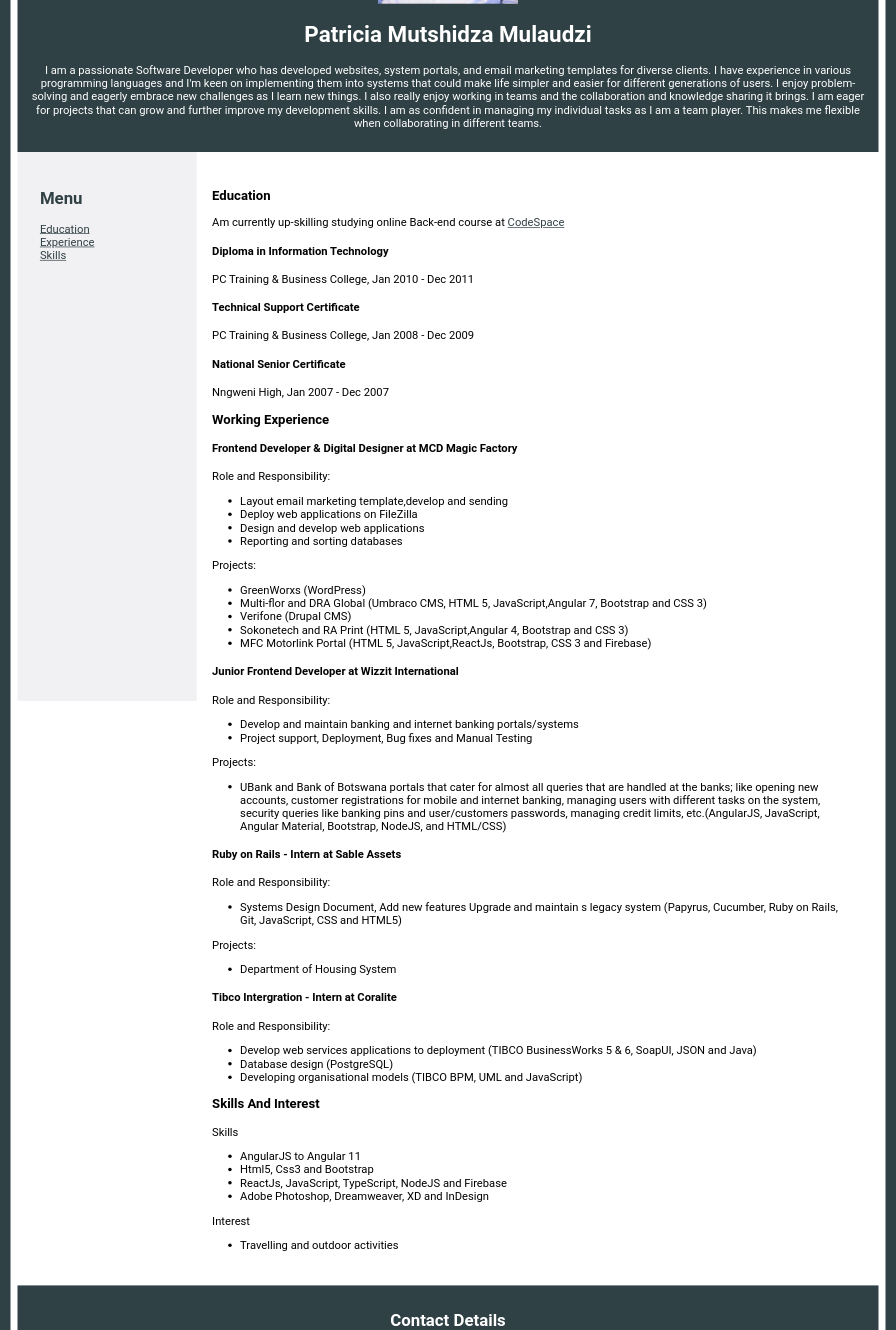
Repository: Patricious/Digital-Resume-01
Page: index.html
An editor plug-in stored every save of this project. The page is shown before and after the next save, followed by the edit.
The browser window is 1280 px wide. The pictures show the part of the page from y = 236 to 2136 px (the page is 2501 px tall), at 70% of full size.
A picture or video elsewhere on the page could not be fetched, so the positions and the page height are approximate.

Above is the page before, as saved 2021-08-23 11:04:30.

### index.html
<!DOCTYPE html>
<html>

<head>
    <title>Patricia Digital Resume</title>
    <link rel="stylesheet" type="text/css" href="css/stylesheet.css">
</head>

<body>

    <header>
        <img src="img/IMG_20200502_085519.jpg" alt="profile" width="200" height="200" />
        <h1>Patricia Mutshidza Mulaudzi</h1>
        <p>I am a passionate Software Developer who has developed websites, system portals, and email marketing templates for diverse clients. I have experience in various programming languages and I'm keen on implementing them into systems that could make
            life simpler and easier for different generations of users. I enjoy problem-solving and eagerly embrace new challenges as I learn new things. I also really enjoy working in teams and the collaboration and knowledge sharing it brings. I am
            eager for projects that can grow and further improve my development skills. I am as confident in managing my individual tasks as I am a team player. This makes me flexible when collaborating in different teams.</p>
    </header>
    <aside>
        <h2>Menu</h2>
        <ul class="nav">
            <li>
                <a href="#education">Education</a>
            </li>
            <li>
                <a href="#experience">Experience</a>
            </li>
            <li>
                <a href="#skills">Skills</a>
            </li>

        </ul>
    </aside>
    <section>
        <article>
            <h3 id="#education"> <span>Education</span>
            </h3>
            <p> Am currently up-skilling studying online Back-end course at
                <a href="https://www.codespace.co.za/courses/?matchtype=b&device=c&keyword=codespace&adgroupid=81088003381&utm_campaign=8148639553&utm_source=google&utm_medium=cpc&gclid=EAIaIQobChMIkP_7q8bG8gIV1uvtCh0w7A1-EAAYASAAEgL34vD_BwE"> CodeSpace</a>
            </p>

            <h4>Diploma in Information Technology </h4>

            <p>PC Training & Business College, Jan 2010 - Dec 2011</p>
            <h4>Technical Support Certificate </h4>


            <p>PC Training & Business College, Jan 2008 - Dec 2009</p>

            <h4>National Senior Certificate</h4>


            <p>Nngweni High, Jan 2007 - Dec 2007</p>


            <h3 id="#experience"> Working Experience</h3>
            <h4>Frontend Developer & Digital Designer at MCD Magic Factory
            </h4>
            <p>Role and Responsibility:</p>
            <ul>
                <li>Layout email marketing template,develop and sending</li>
                <li> Deploy web applications on FileZilla</li>
                <li>Design and develop web applications</li>
                <li>Reporting and sorting databases</li>
            </ul>
            <p>Projects:</p>
            <ul>
                <li>GreenWorxs (WordPress)</li>
                <li>Multi-flor and DRA Global (Umbraco CMS, HTML 5, JavaScript,Angular 7, Bootstrap and CSS 3)</li>
                <li>Verifone (Drupal CMS)</li>
                <li>Sokonetech and RA Print (HTML 5, JavaScript,Angular 4, Bootstrap and CSS 3)</li>
                <li>MFC Motorlink Portal (HTML 5, JavaScript,ReactJs, Bootstrap, CSS 3 and Firebase)</li>
            </ul>

            <h4>Junior Frontend Developer at Wizzit International
            </h4>
            <p>Role and Responsibility:</p>
            <ul>
                <li>Develop and maintain banking and internet banking portals/systems</li>
                <li>Project support, Deployment, Bug fixes and Manual Testing</li>

            </ul>
            <p>Projects:</p>
            <ul>
                <li>UBank and Bank of Botswana portals that cater for almost all queries that are handled at the banks; like opening new accounts, customer registrations for mobile and internet banking, managing users with different tasks on the system, security
                    queries like banking pins and user/customers passwords, managing credit limits, etc.(AngularJS, JavaScript, Angular Material, Bootstrap, NodeJS, and HTML/CSS)</li>
            </ul>

            <h4>Ruby on Rails - Intern at Sable Assets
            </h4>
            <p>Role and Responsibility:</p>
            <ul>
                <li>Systems Design Document, Add new features Upgrade and maintain s legacy system (Papyrus, Cucumber, Ruby on Rails, Git, JavaScript, CSS and HTML5)</li>

            </ul>
            <p>Projects:</p>
            <ul>
                <li>Department of Housing System</li>
            </ul>

            <h4>Tibco Intergration - Intern at Coralite
            </h4>
            <p>Role and Responsibility:</p>
            <ul>
                <li>Develop web services applications to deployment (TIBCO BusinessWorks 5 & 6, SoapUI, JSON and Java)
                </li>
                <li>Database design (PostgreSQL)</li>
                <li>Developing organisational models (TIBCO BPM, UML and JavaScript)</li>
            </ul>


            <h3 id="#skills">Skills And Interest</h3>
            <p>Skills</p>
            <ul>
                <li>AngularJS to Angular 11</li>
                <li>Html5, Css3 and Bootstrap</li>
                <li>ReactJs, JavaScript, TypeScript, NodeJS and Firebase</li>
                <li>Adobe Photoshop, Dreamweaver, XD and InDesign</li>
            </ul>
            <p>Interest </p>
            <ul>
                <li>Travelling and outdoor activities</li>
            </ul>
        </article>
    </section>


    <footer>
        <h2>Contact Details</h2>
        <a href="https://www.linkedin.com/in/patricia-mulaudzi-93b526101/"><img src="In.jpeg" alt="LinkedIN"></a>
        <a href=""><img src="fb.png" alt="Facebook"></a>
        <a href="mailto:mulaudzi689@gmail.com"><img src="Gm.png" alt="Gmail"></a>
    </footer>
</body>

</html>

### css/stylesheet.css
    body {
        font-family: 'Roboto', sans-serif;
        font-size: 100%;
        background-color: #ffffff;
        margin: 10px;
        overflow: scroll;
    }

    html {
        border: 15px solid #304145;
    }

    header {
        text-align: center;
        background-color: #304145;
        color: #ffffff;
        padding: 1em;
    }

    aside {
        background-color: #F1F1F3;
        color: #304145;
        width: 15%;
        padding: 2em;
        height: 100%;
        float: left;
        position: absolute;
        flex: 0 0 auto;
    }

    .nav {
        list-style-type: none;
        margin: 0;
        padding: 0;
    }

    a {
        color: #304145;
    }

    section {
        margin-left: 20%;
        background-color: #ffffff;
        padding: 2em;
    }

    footer {
        background-color: #304145;
        text-align: center;
        color: #ffffff;
        padding: 1em;
    }

After the next save:
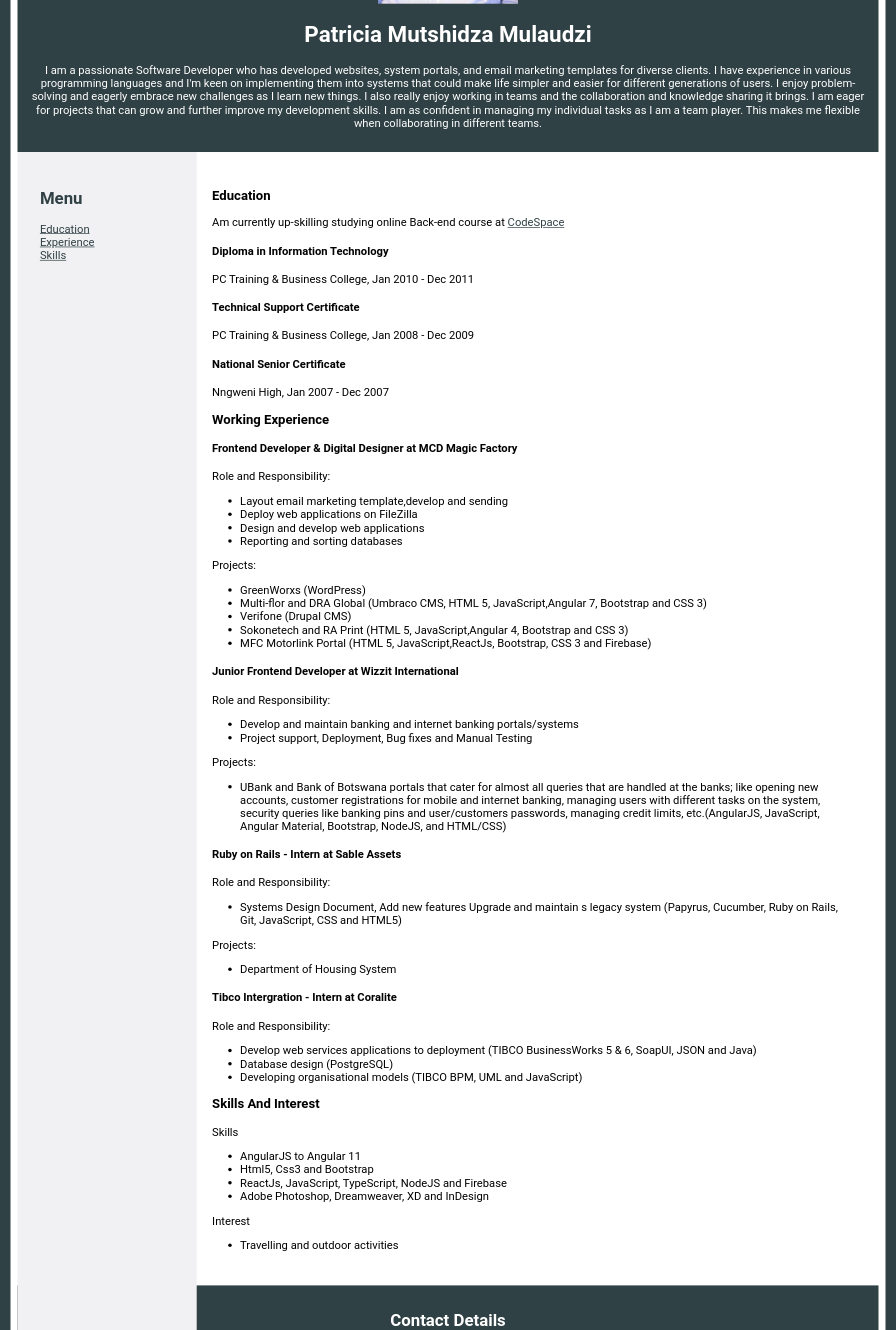
Saved 83 s later.
--- a/css/stylesheet.css
+++ b/css/stylesheet.css
@@ -22,7 +22,7 @@
         color: #304145;
         width: 15%;
         padding: 2em;
-        height: 100%;
+        height: 243%;
         float: left;
         position: absolute;
         flex: 0 0 auto;
